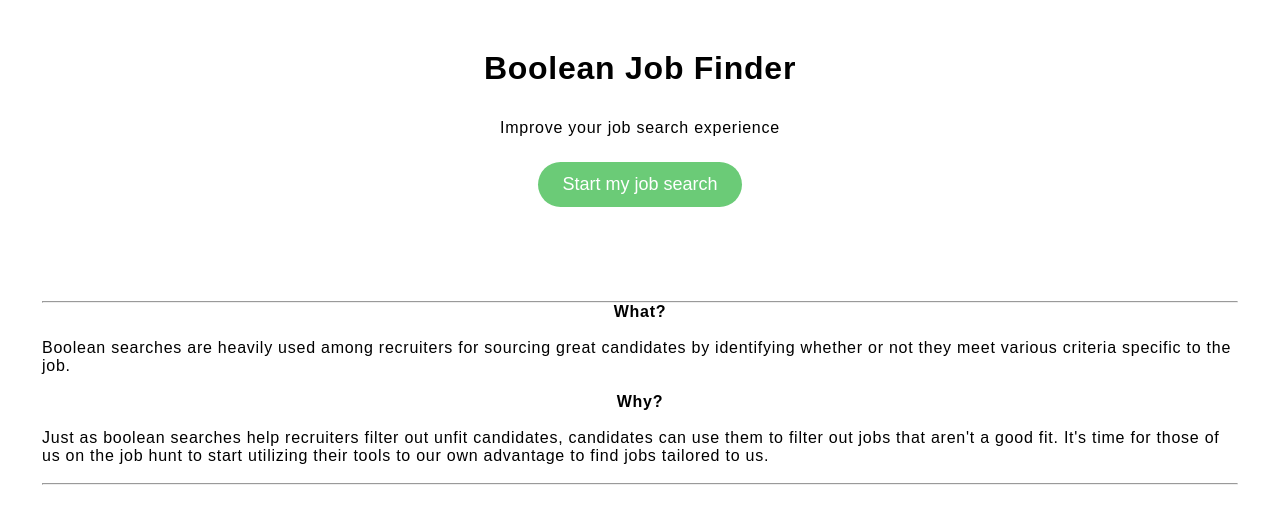
Repository: Rthompson2548/boolean-job-searcher
Page: /
An editor plug-in stored every save of this project. The page is shown before and after a run of saves, followed by the edit.
The browser window is 1280 px wide. The pictures show the whole page.
The project was rebuilt for these pictures with package versions that can differ from the ones it lists, and the page was loaded fresh each time.

Above is the page before, as saved 2022-04-05 14:30:40.

### public/index.html
<!DOCTYPE html>
<html lang="en">
  <head>
    <meta charset="utf-8" />
    <link rel="icon" href="%PUBLIC_URL%/favicon.ico" />
    <meta name="viewport" content="width=device-width, initial-scale=1" />
    <meta name="theme-color" content="#000000" />
    <meta
      name="description"
      content="Web site created using create-react-app"
    />
    <link rel="preconnect" href="https://fonts.googleapis.com">
    <link rel="preconnect" href="https://fonts.gstatic.com" crossorigin>
    <link href="https://fonts.googleapis.com/css2?family=Inconsolata&family=League+Spartan&display=swap" rel="stylesheet">

    <title>React App</title>
  </head>
  <body>
    <noscript>You need to enable JavaScript to run this app.</noscript>
    <div id="root"></div>
    <!--
      This HTML file is a template.
      If you open it directly in the browser, you will see an empty page.

      You can add webfonts, meta tags, or analytics to this file.
      The build step will place the bundled scripts into the <body> tag.

      To begin the development, run `npm start` or `yarn start`.
      To create a production bundle, use `npm run build` or `yarn build`.
    -->
  </body>
</html>

### src/App.js
import "./styles.css";
// import { CopyToClipboard } from "react-copy-to-clipboard";
import React, { useState, useEffect, useRef } from "react";



export default function App() {
  let searchCategories = [
    "Experience",
    "Location",
    "Tech Stack",
    "Title",
    "Technologies",
    "Company"
  ];

let defaultCategories = [
  {
    id: 1,
    name: "Experience",
    placeholders: ["Junior", "Entry", "Grad", "Student"]
  },
  {
    id: 2,
    name: "Location",
    placeholders: ["Junior", "Entry", "Grad", "Student"]
  },
  {
    id: 3,
    name: "End",
    placeholders: ["Junior", "Entry", "Grad", "Student"]
  },
  {
    id: 4,
    name: "Title",
    placeholders: ["Junior", "Entry", "Grad", "Student"]
  },
  {
    id: 5,
    name: "Technologies",
    placeholders: ["Junior", "Entry", "Grad", "Student"]
  },
  {
    id: 6,
    name: "Company Name",
    placeholders: ["Junior", "Entry", "Grad", "Student"]
  }
];


const [copyString, setCopyString] = useState("");
const [addCategory, setAddCategory] = useState(false);
const [addCategoryBtnText, setAddCategoryBtnText] = useState(
"Start my job search"
)
const [category, setCategory] = useState("");
const [categoryChosen, setCategoryChosen] = useState(false);
const [categoryOptions, setCategoryOptions] = useState(false);
const [showCategoryForm, setShowCategoryForm] = useState(false);
const [showNewCategoryButton, setShowNewCategoryButton] = useState(true);
const [showName, setShowName] = useState(false);
const [showForm, setShowForm] = useState(false);
const [showAddWordBtn, setShowAddWordBtn] = useState(false)
const [word, setWord] = useState("");
const [list, setList] = useState([]);
const [show, setShow] = useState(false);
const [finishBtn, setFinishBtn] = useState(false);
const [finished, setFinished] = useState(false);
const [result, setResult] = useState([]);
const [doneWarning, setDoneWarning] = useState(false);
const [goodbyeMessage, setGoodbyeMessage] = useState(false);


const handleNewCategory = () => {
  setCategory("");
  setAddCategoryBtnText("Add a category");
  setShowNewCategoryButton(false);
  setFinishBtn(false);
  setCategoryOptions(true);
  setCategoryChosen(false);
};



const handleCustomCategory = () => {
  setShowCategoryForm(true);
  setCategoryOptions(false);
};


const handleCategoryNameChange = event => {
  setCategory(event.target.value);
};

const submitCategory = () => {
  setAddCategory(false);
  setShowName(true);
  setShowNewCategoryButton(false);
  setShowAddWordBtn(true);
  setShowForm(true);
  setShowCategoryForm(false);
};


const handleAddWord = () => {
  setShowForm(true);
  setCategoryOptions(false);
  setCategoryChosen(true);
};


const handleCategoryClick = event => {
  setCategory(event.target.value);
  setCategoryChosen(true);
};


const handleWordChange = event => {
  setWord(event.target.value);
};


  const [noLetters, setNoLetters] = useState(false);

  const submitAsteriskWord = () => {
    if (word.length <= 1) {
      setNoLetters(true);
    } else {
      setList((prevList) => [...prevList, `"${word}*"`]);
      setWord("");
      setShow(true);
      console.log(word);
    }
  };

  const submitWord = () => {
    if (word.length <= 1) {
      setNoLetters(true);
    } else {
      setList((prevList) => [...prevList, `"${word}"`]);
      setWord("");
      setShow(true);
      console.log(word);
    }
  };

  useEffect(() => {
    setCategory(category);
  }, [category]);

  let booleanString = `(${list.join(" OR ")})`;

  const handleSubmitCategoryWords = () => {
    setShowNewCategoryButton(true);
    setShow(false);
    setShowName(false);
    setShowForm(false);
    setFinishBtn(true);
    setResult((previousResult) => [...previousResult, booleanString]);
    console.log(result.join(" AND "));
    console.log(`list: ${list}`);
    setList([]);
    console.log(`list: ${list}`);
    setCopyString(result.join(" AND "));
  };

  const handleGenerateString = () => {
    setFinished(true);
    setFinishBtn(false);
    setShowNewCategoryButton(false);
    setDoneWarning(false);
    // setGoodbyeMessage(true);
  };

const handleDone = () => {
  setDoneWarning(true);
  setFinished(false);
};


const handleConfirmFinished = () => {
  setDoneWarning(false);
  setGoodbyeMessage(true);
  setShow(false);
  setFinished(false);
};



  return (
    <div className="App">
      <div className="header">
        <h1 className="app-title">Boolean Job Finder</h1>
        <p>Improve your job search experience</p>
        <button className="start-btn" onClick={handleNewCategory}>
          {addCategoryBtnText}
        </button>

      </div>
      <div>
    </div>


      {categoryOptions === true && (
        <div>
          <div>
<p className="pick-a-category-txt">Click a category below to start</p>


            {/* iterates through array of category names and returns a button for each */}
            <div className="category-btns">
              {searchCategories.map((value, i) => (
                <button
                  id="category-btn"
                  className="category-btn"
                  key={i}
                  value={searchCategories[i]}
                  onClick={handleCategoryClick}
                >
                  {value}
                </button>
              ))}

            </div>

{
  categoryChosen === true && (
    <button className="continue-btn" onClick={handleAddWord}>
      Continue
    </button>
  )
}
          </div>
        </div>
      )}

{
  showCategoryForm === true && (
    <div>
      <label>Enter a custom category name</label>
      <input
        placeholder="Enter category name"
        onChange={handleCategoryNameChange}
        value={category}
      />

<button onClick={submitCategory}>Submit</button>;

    </div>
  )
}

      {showForm === true && (
        <div className="keyword-form">
          <h1>{category}</h1>

          <div className="keyword-form-info">
            <div>
              <label>Enter 1 or more keywords</label>
            </div>
            <input
              placeholder="Enter two or more letters..."
              value={word}
              onChange={handleWordChange}
            />
          </div>

          <div className="keyword-btns">
            <button onClick={submitWord}>Include exact keyword</button>
            <button onClick={submitAsteriskWord}>
              Include similar keywords
            </button>

          </div>


        </div>
      )}

      {show === true && (
        <div className="keyword-string">
          <h4>{booleanString}</h4>
        </div>
      )}

      {showForm === true && (
        <div>
          <button className="continue-btn" onClick={handleSubmitCategoryWords}>
            Continue
          </button>
        </div>
      )}

      {showNewCategoryButton === true && (
        // <div className="what-why">
        <div className="what-why-info">
          <hr />
              <h4>What?</h4>
              <p>
                Boolean searches are heavily used among recruiters for sourcing great
                candidates by identifying whether or not they meet various criteria specific
                to the job.
              </p>
              <h4>Why?</h4>
              <p>
                Just as boolean searches help recruiters filter out unfit candidates, candidates can use them to filter out jobs that aren't a good fit. It's time for those of us on the job hunt to start utilizing their tools to our own advantage to find jobs tailored to us.
          </p>

          <hr />
        </div>



        // </div>
      )}


      {finishBtn === true && (
        <div>
          <button className="done-btn" onClick={handleGenerateString}>
            Submit
          </button>
        </div>
      )}

      {finished === true && (
        <div className="boolean-string">
          <p value={copyString}>{result.join(" AND ")}</p>
          <button className="done-btn" onClick={handleDone}>
            Done
          </button>
        </div>
      )}

      {doneWarning === true && (
        <div className="boolean-string">
          <p>Are you sure? This cannot be undone</p>
          <button className="done-btn" onClick={handleConfirmFinished}>
            Yes, I am done
          </button>
        </div>
      )}

      {goodbyeMessage === true && (
        <div className="goodye-msg boolean-string">
<p>Goodbye!</p>;

          <button
            className="start-btn"
            onClick={() => window.location.reload(false)}
          >
            Home
          </button>
        </div>
      )}
    </div>
  );
}

### src/styles.css
* {
  margin: 0;
  padding: 0;
  /* background-color: #fff; */
  /* color: #000; */
  /* padding: 18px 0; */
}

.App {
  font-family: sans-serif;
  text-align: center;
  letter-spacing: 0.75px;
}

.header {
  line-height: 2rem;
  letter-spacing: 0.75px;
  padding: 52px 0;
}

img {
  width: 250px;
  height: auto;
}

button {
  /* width: 300px; */
  border-radius: 25px;
  background-color: #fff;
  color: #000;
  border: none;
  margin: 18px 0 0 0;
  font-size: 18px;
}

.app-title {
  margin-bottom: 28px;
  font-size: 32px;
}

h3 {
  font-size: 22px;
}

.what-why-info {
  overflow: hidden;
  padding: 42px;
}

.what-why-info p {
  margin: 18px 0 !important;
  text-align: left !important;
}


.start-btn {
  background-color: #6bcb77 !important;
  color: #fff;
  font-size: 18px;
  vertical-align: middle;
  padding: 12px 24px;
}

.pick-a-category-txt {
  font-size: 18px;
  margin-bottom: 12px;
}

input {
  background-color: #fff;
  font-size: 18px;
  color: #000;
  width: 260px;
  border: 1.5px solid black;
  border-radius: 25px;
}

label {
  font-size: 20px;
}

.category-btns {
  /* center the element */
  right: 0;
  left: 0;
  margin-right: auto;
  margin-left: auto;
  display: flex;
  flex-direction: column;
  align-items: center;
}

.category-btns button {
  background-color: #ff6b6b;
  color: #fff;
  padding: 12px 42px;
  width: 300px;
}

.category-buttons button:active,
button:focus {
  /* color: #fff !important;
  background-color: #FFD93D !important; */
}

.category-buttons button:visited:after {
  color: #fff !important;
  background-color: #000 !important;
}

.continue-btn {
  background-color: #4d96ff;
  color: #fff;
}

.keyword-form-info {
  margin-top: 24px;
}

.keyword-form-info input {
  padding: 10px 24px 10px 10px;
  margin-top: 16px;
}

.keyword-btns {
  display: flex;
  flex-direction: column;
  align-items: center;
  margin: 10px 0 24px 0;
}

.keyword-btns button {
  background-color: #ff6b6b;
  color: #fff;
  font-size: 18px;
}

.keyword-string {
  padding: 20px;
  font-size: 20px;
  line-height: 2rem;
}

.goodye-msg {
  /* padding-top: 25%; */
  font-size: 42px !important;
}

.goodye-msg button {
  /* background-color: #4D96FF !important; */
  /* vertical-align: middle !important; */
}

.boolean-string {
  font-size: 32px;
  font-weight: bold;
  padding-top: 10%;
}


.boolean-string button {
  background-color: #fa58bc;
  color: #fff;
}

.done-btn {
  background-color: #4d96ff !important;
  color: #fff;
  font-size: 22px;
  vertical-align: middle;
  width: 400px;
  padding: 20px 0;
  margin-top: 36px;
}

.home-btn {
  background-color: #6bcb77 !important;
}

Loaded but not shown: src/index.js (common file); src/index.css (no stored copy; drawn as an empty file)

After the next 3 saves:
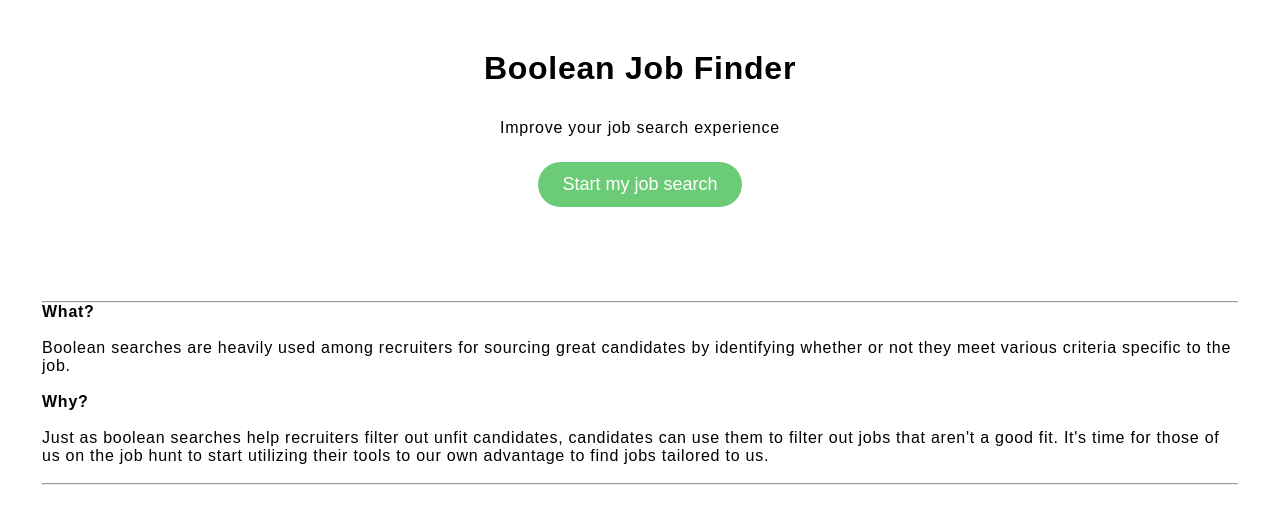
The 3 saves are shown as one change because they came seconds apart.
The last was saved 11 s later.
--- a/src/styles.css
+++ b/src/styles.css
@@ -45,11 +45,11 @@
 .what-why-info {
   overflow: hidden;
   padding: 42px;
+  text-align: left !important;
 }
 
 .what-why-info p {
   margin: 18px 0 !important;
-  text-align: left !important;
 }
 
 

After the save that followed:
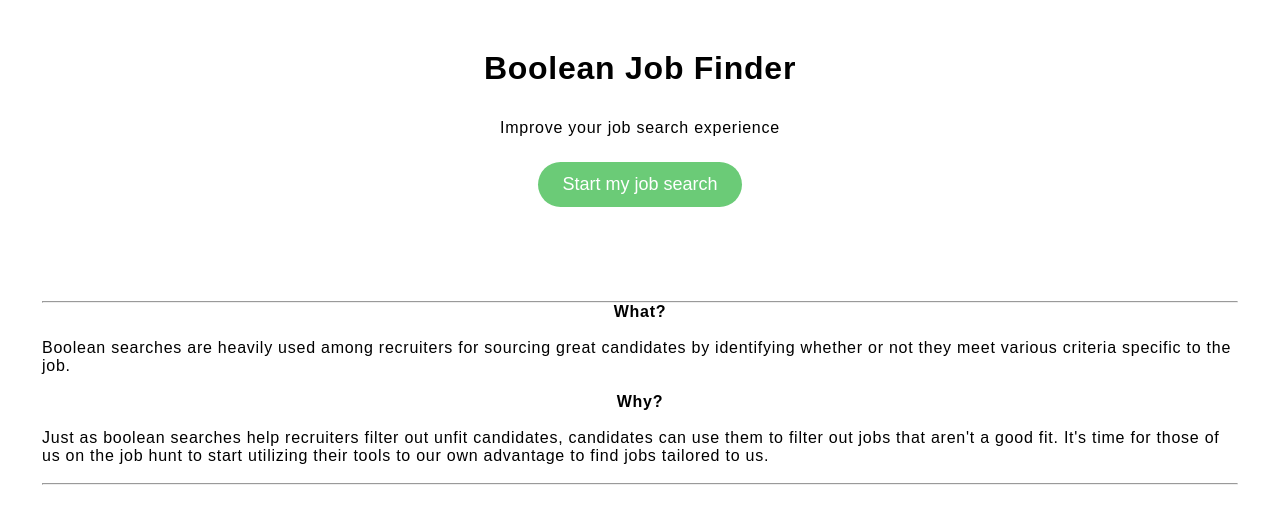
Saved 5 s later.
--- a/src/styles.css
+++ b/src/styles.css
@@ -45,11 +45,11 @@
 .what-why-info {
   overflow: hidden;
   padding: 42px;
-  text-align: left !important;
 }
 
 .what-why-info p {
   margin: 18px 0 !important;
+  text-align: left !important;
 }
 
 
